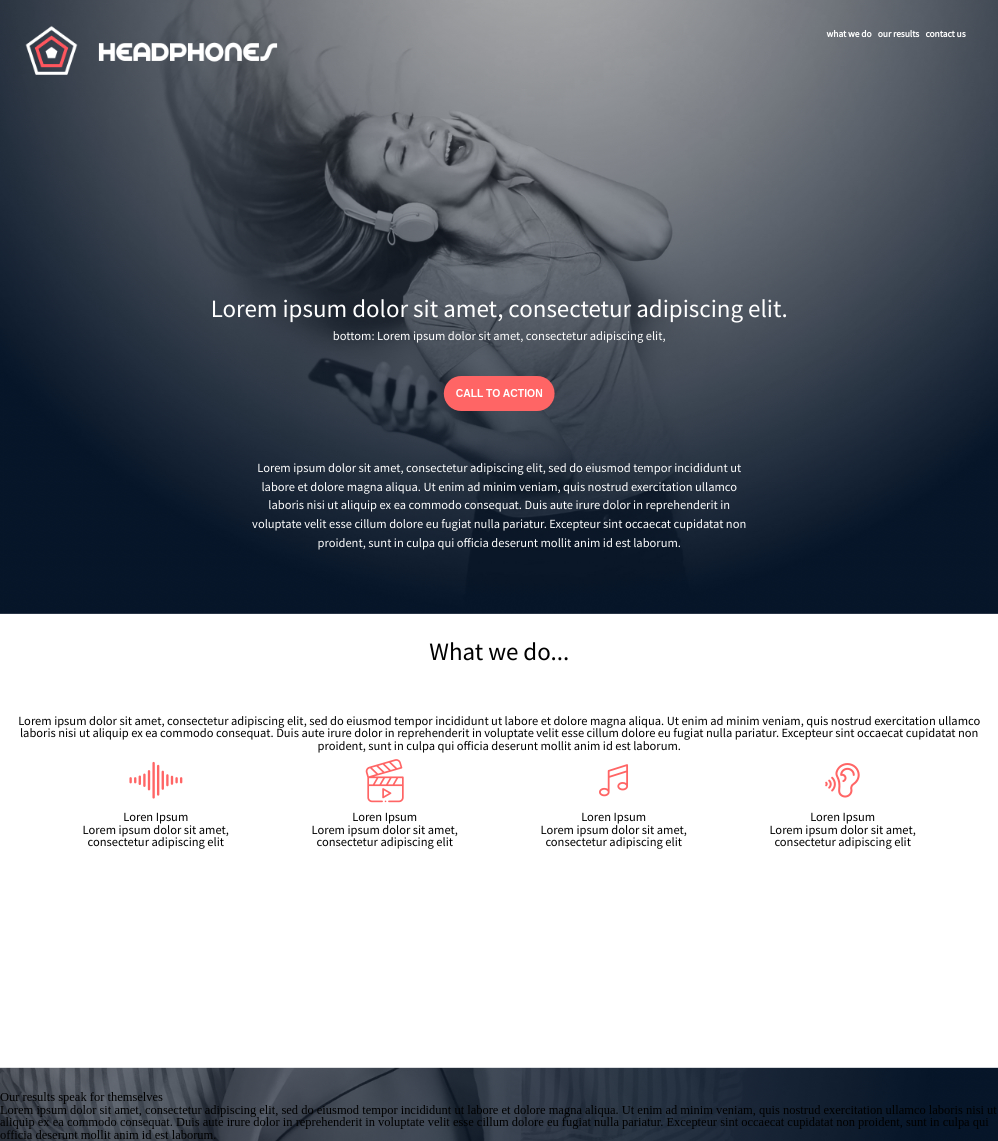
Repository: seleniadelgado/holbertonschool-web_front_end
Page: 0x09-implement_a_design_from_scratch/1-index.html
These files come from the project's save history. The page is drawn as it stood at one moment and after the next save; the edit follows.
The browser window is 1280 px wide. The pictures show the whole page, at 78% of full size.

Above is the page before, as saved 2020-03-21 21:33:02.

After the next save:
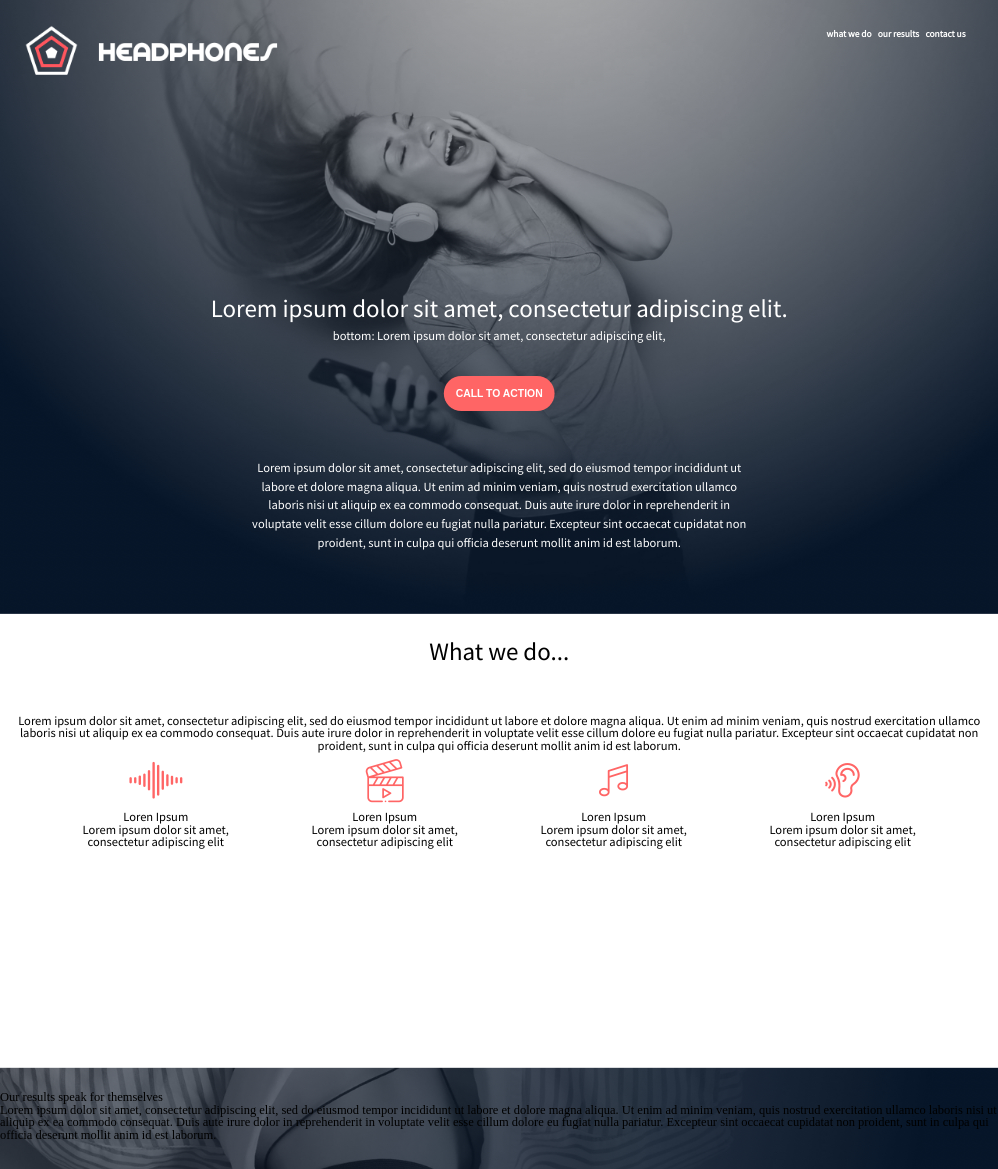
Saved 72 s later.
--- a/0x09-implement_a_design_from_scratch/1-styles.css
+++ b/0x09-implement_a_design_from_scratch/1-styles.css
@@ -260,4 +260,5 @@
 #results {
     background-image: url("images/headphones_hero_2.jpg");
     padding-top: 30px;
-}
+    height: 100px;
+}

After the save that followed:
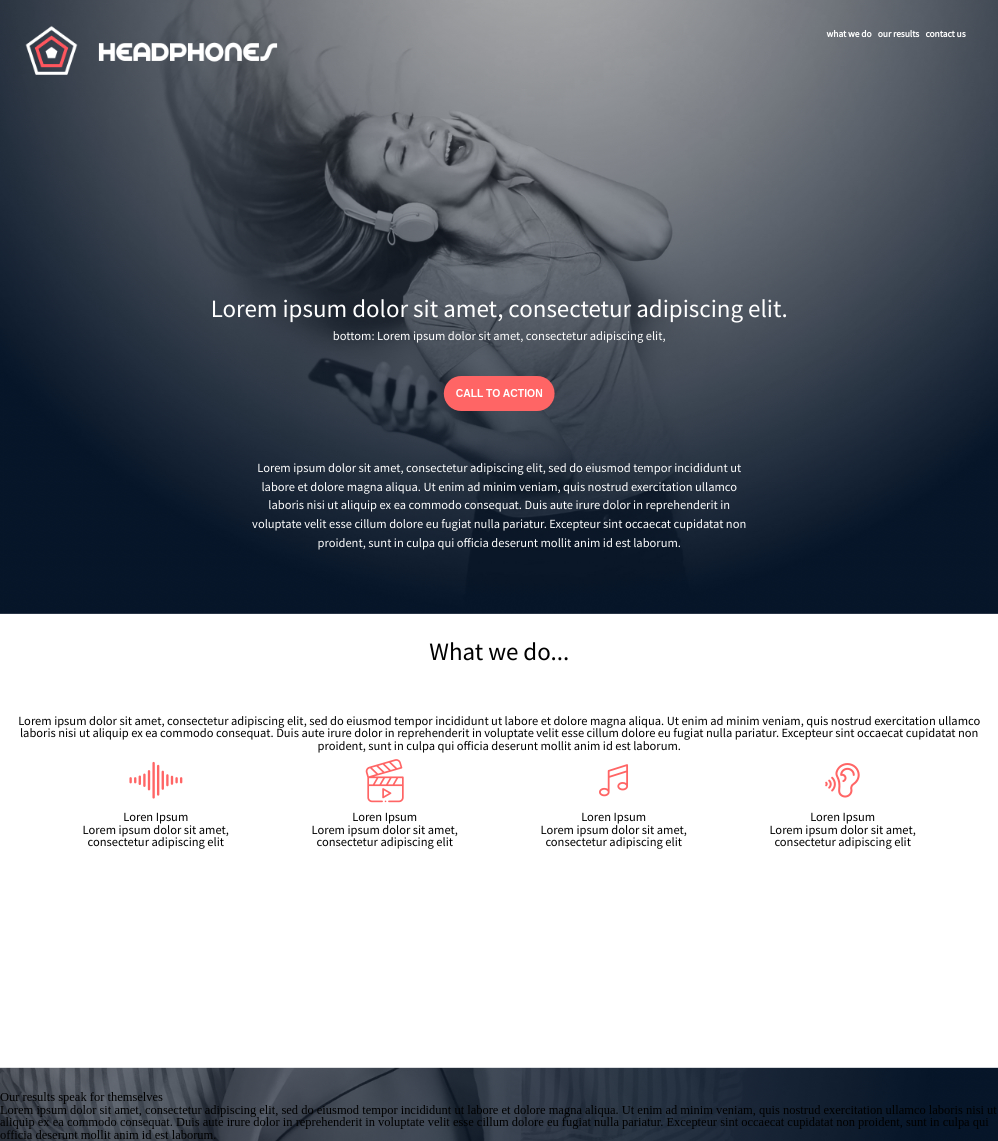
Saved 7 s later.
--- a/0x09-implement_a_design_from_scratch/1-styles.css
+++ b/0x09-implement_a_design_from_scratch/1-styles.css
@@ -260,5 +260,5 @@
 #results {
     background-image: url("images/headphones_hero_2.jpg");
     padding-top: 30px;
-    height: 100px;
-}
+
+}
